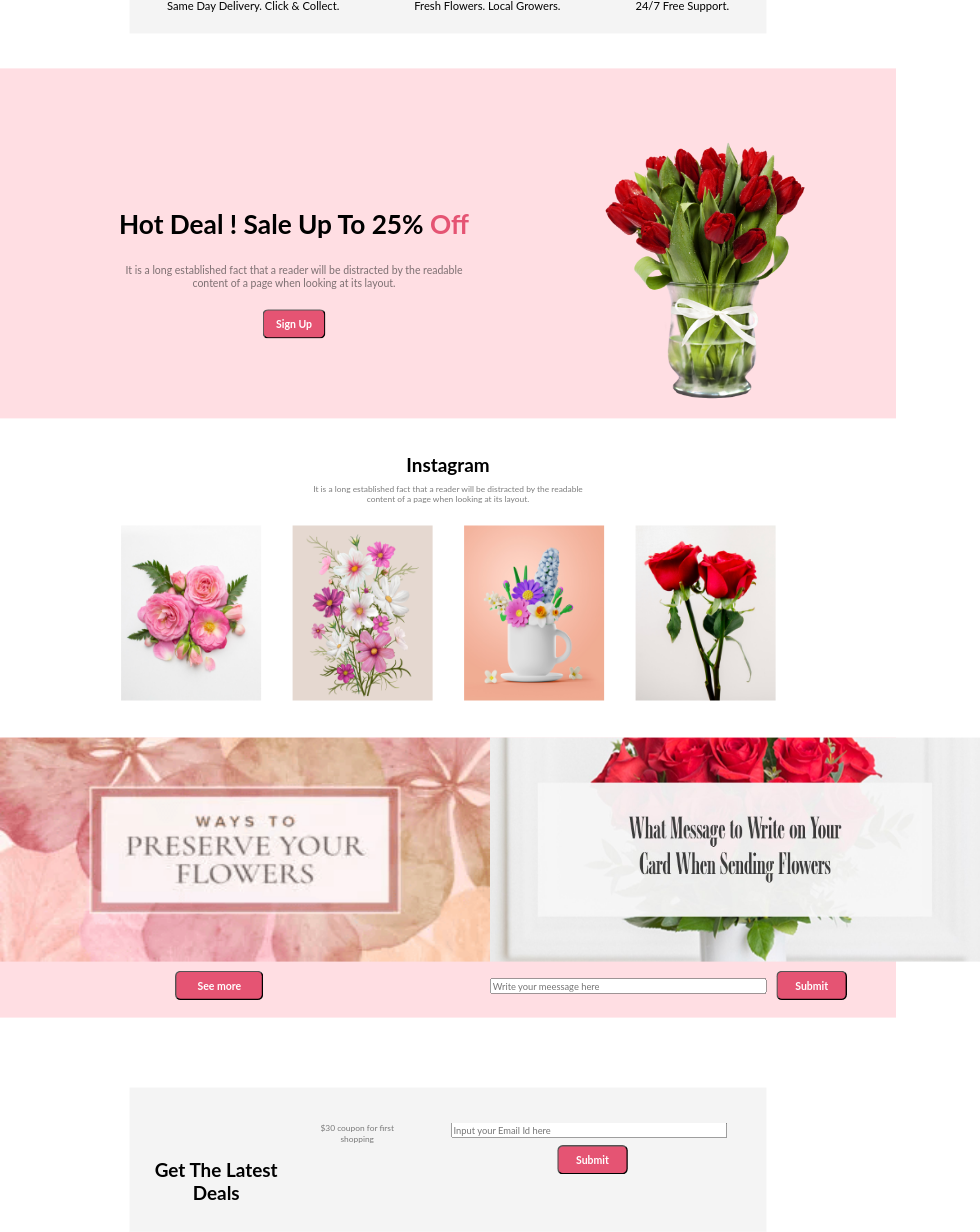
Repository: sadiaafsana138/Flower-Shop_Responsive
Page: index.html
An editor plug-in stored every save of this project. The page is shown before and after the next save, followed by the edit.
The browser window is 1280 px wide. The page is 1400 px wide, so the pictures cover 1400 px, including what lies to the right of the window. The pictures show the part of the page from y = 1244 to 3004 px (the page is 3004 px tall), at 70% of full size.

Above is the page before, as saved 2023-08-30 06:55:17.

After the next save:
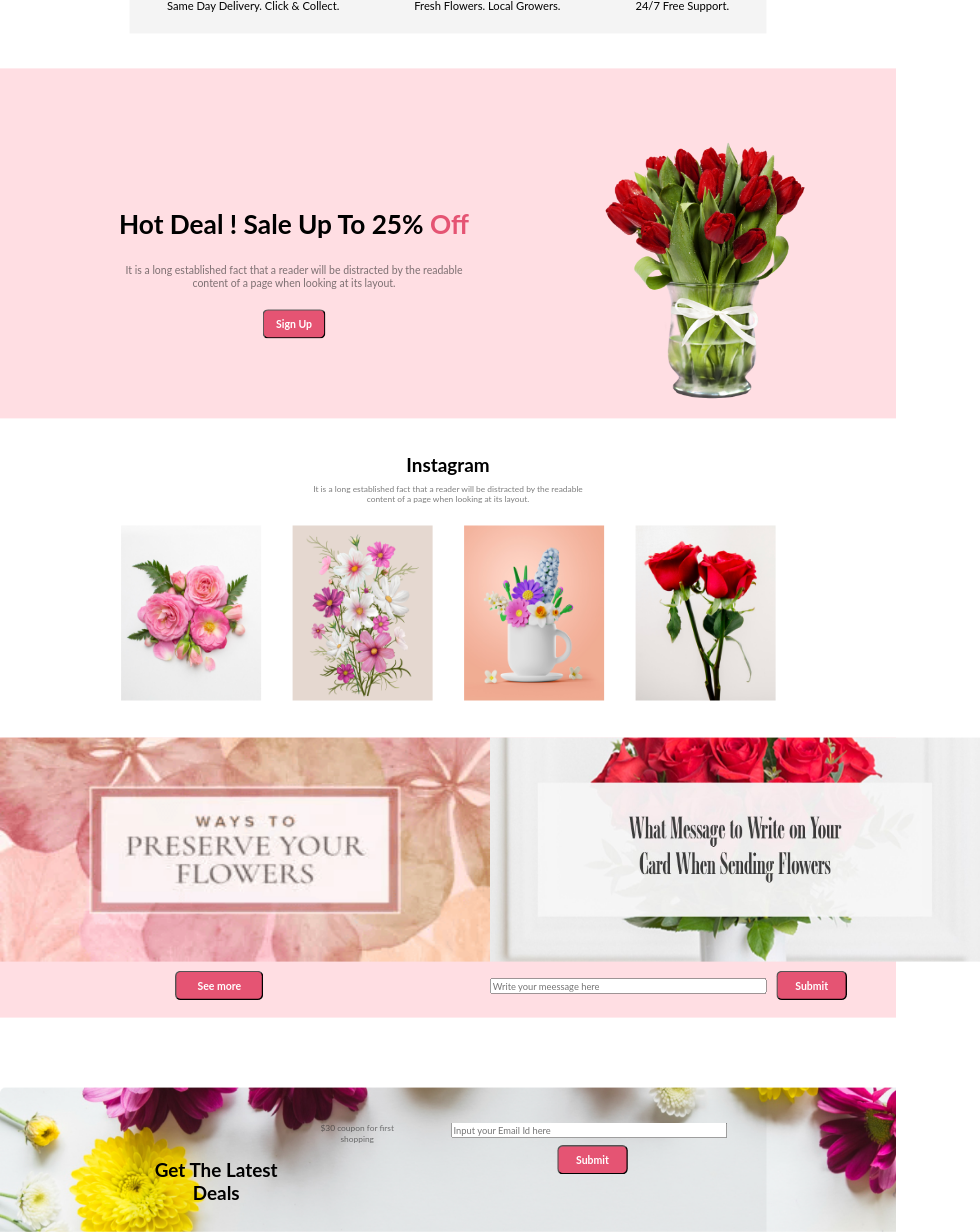
Saved 68 s later.
--- a/Flower.css
+++ b/Flower.css
@@ -139,8 +139,10 @@
     margin: 10px 250px ;
 }
 /*section 7*/
+.Section7{
+    background-image: url(Images/13.png);
+}
 .Sec6{
-    background-image: url(Images/13.png);
     margin: 100px 185px 0px;
     padding: 50px 0px 30px;
     justify-content: space-around;
